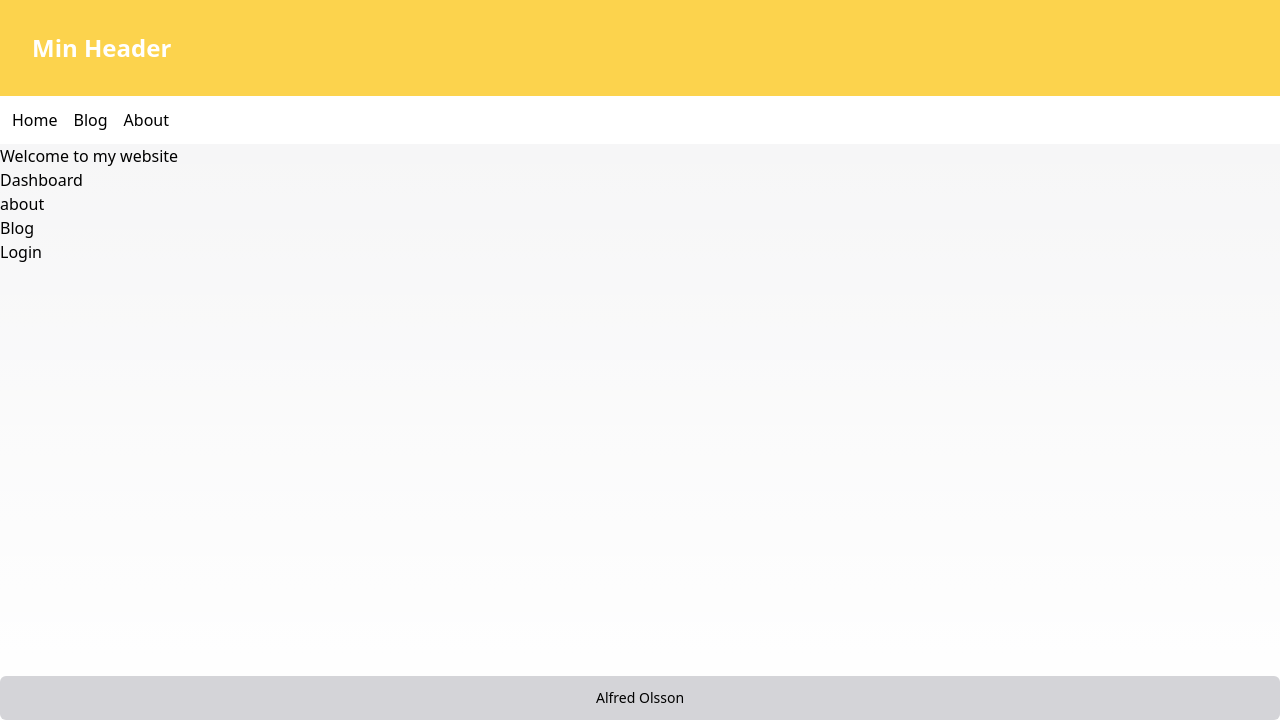
Repository: AlligatorAffe/NextWebsite
Page: /
These files come from the project's save history. The page is drawn as it stood at one moment and after the next save; the edit follows.
The browser window is 1280 px wide. The pictures show the whole page.
The project was rebuilt for these pictures with package versions that can differ from the ones it lists, and the page was loaded fresh each time. The framework's server and built-in components were replaced by stand-ins that run in the browser. Also part of the build but not shown: next.config.js.

Above is the page before, as saved 2024-01-04 21:53:03.

After the next save:
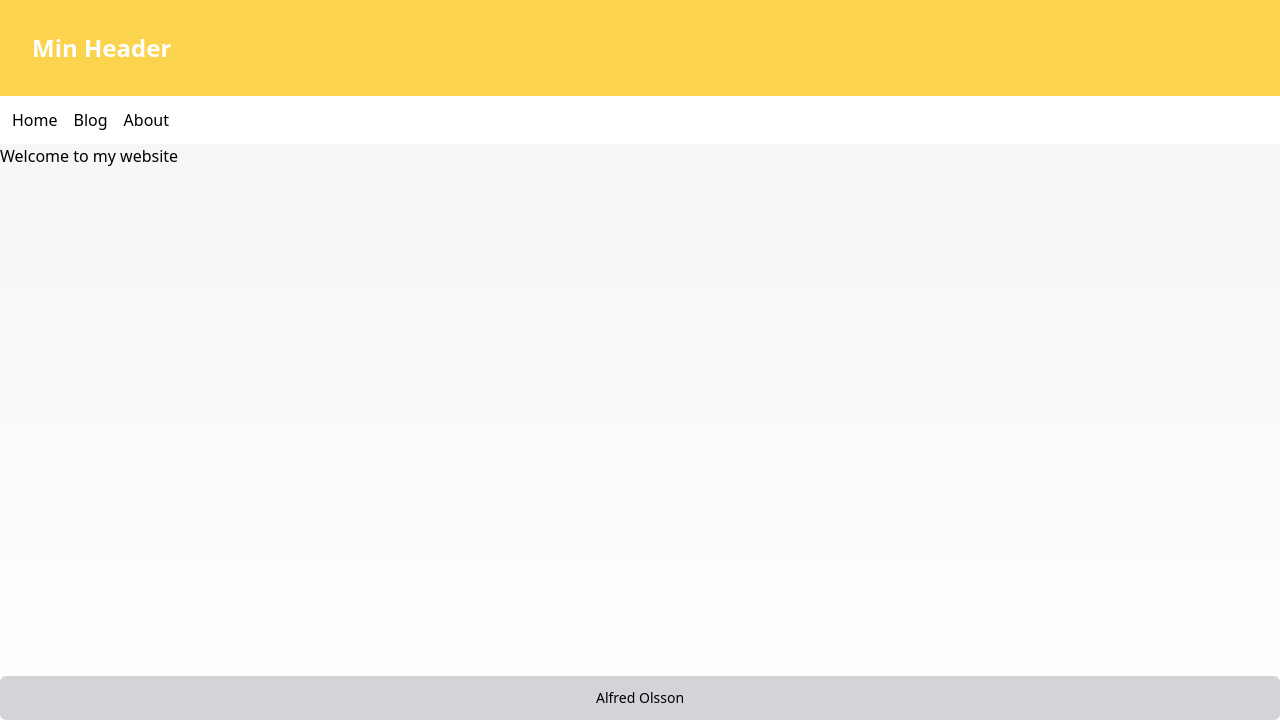
Saved 20 s later.
--- a/app/page.tsx
+++ b/app/page.tsx
@@ -23,9 +23,6 @@ export default function Page() {
   <h1 >
     Welcome to my website
   </h1>
-  <p>   <Link href="/dashboard">Dashboard</Link></p>
-  <p>   <Link href="/about">about</Link></p>
-  <p>   <Link href="/blogpost">Blog</Link></p>
-  <p>   <Link href="/login">Login</Link></p>
+
 </div>
 }
